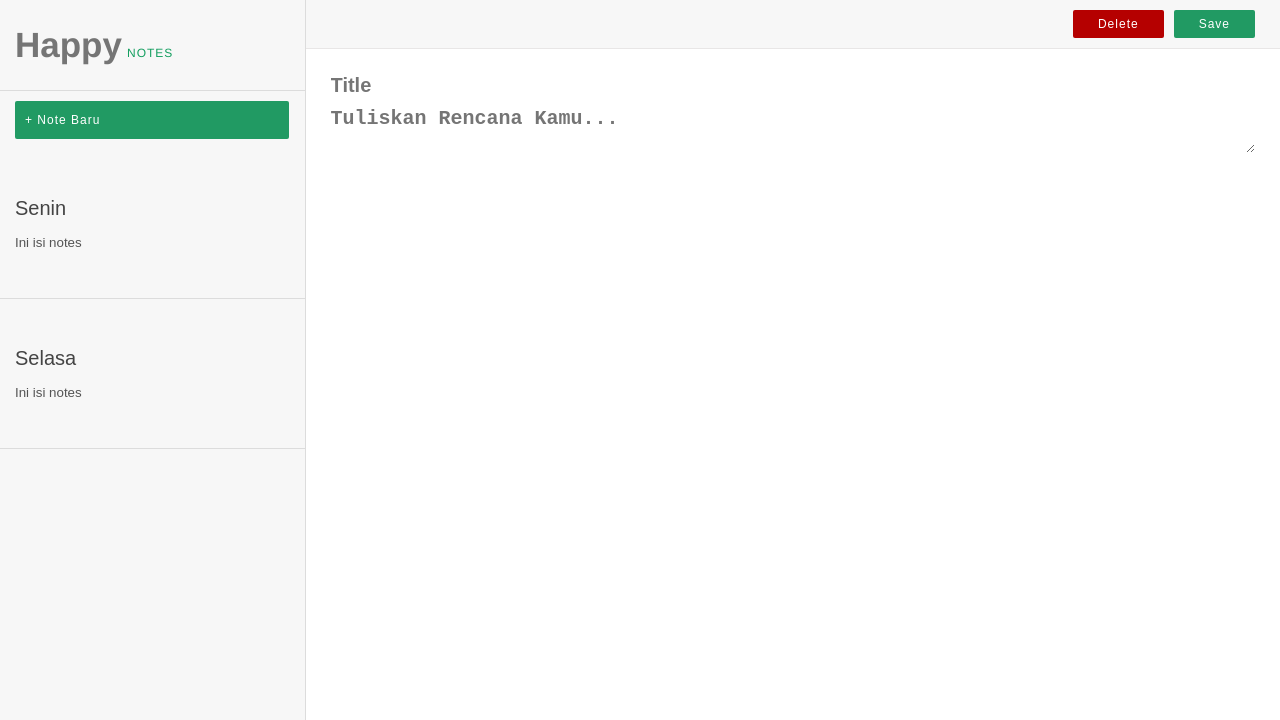
Repository: AdiPrimanto/notes-vue
Page: / (app in resources/)
These files come from the project's save history. The page is drawn as it stood at one moment and after the next save; the edit follows.
The browser window is 1280 px wide. The pictures show the whole page.
The project was rebuilt for these pictures with package versions that can differ from the ones it lists, and the page was loaded fresh each time. Also part of the build but not shown: resources/vue.config.js.

Above is the page before, as saved 2020-02-22 17:50:57.

### resources/src/App.vue
<template>
  <div id="app">
    <!-- kiri -->
    <div class="kiri">
      <div class="logo">
        <a rel="stylesheet" href="https://google.com">
          <h2>Happy</h2>
          <span>Notes</span>
        </a>
      </div>
      <div class="frame-notes">
        <button @click="newNotes" class="bg-success btn btn-new-note">
          + Note Baru
        </button>

        <ListNotes/>
      </div>
    </div>
    <!-- kanan -->
    <div class="kanan">
      <FormNotes/>
    </div>
  </div>
</template>

<script>
import ListNotes from './components/listNotes.vue'
import FormNotes from './components/formNotes.vue'

export default {
  name: 'App',
  components: {
    ListNotes,
    FormNotes
  }
}
</script>

<style>
body{
     margin:0px;
     overflow:hidden;
}
#app {
     font-family: 'Avenir', Helvetica, Arial, sans-serif;
     color: #2c3e50;
     padding:0px;

     display:flex;
     width:100%;
}

.kiri{
     width: 400px;
     background: #f7f7f7;
     color: #616161;
}
.logo{
     padding: 25px 15px;
     border-bottom: 1px solid gainsboro;
}
.logo a{
     text-decoration:none;
}
.logo a h2{
     margin: 0px;
     display: inline;
     margin-right: 5px;
     font-size: 35px;
     text-transform: capitalize;
     color: #757575;
}
.logo a span{
     font-size: 12px;
     letter-spacing: 1px;
     text-transform: uppercase;
     color:#139e5f;
}
.frame-notes{
     overflow-y: scroll;
     overflow-x: hidden;
     height: 85vh;
}
.bg-success{
     background: #219a63;
     color: white;
     outline:none;
}
.bg-success:hover{
     background:#24b774;
     color: white;
}
.bg-danger{
     background:#b50000;
     color: white;
}
.bg-danger:hover{
     background:#c50000;
}
.btn{
     border: none;
     font-size: 12px;
     text-align: center;
     letter-spacing: 1px;
     cursor: pointer;
     border-radius: 2px;
     padding: 7px 25px;
     outline:none;
}
.btn-new-note{
     width: 90%;
     padding: 12px 10px;
     margin: 10px 15px;
     text-align: left !important;
}

.kanan{
     width: 100%;
     overflow-y: scroll;
     height: 100vh;
     border-left: 1px solid gainsboro;
}

/* width */
::-webkit-scrollbar {
  width: 5px;
}

/* Track */
::-webkit-scrollbar-track {
  background: #f7f7f7;
}

/* Handle */
::-webkit-scrollbar-thumb {
  background: #888;
}

/* Handle on hover */
::-webkit-scrollbar-thumb:hover {
  background: #555;
}
</style>

### resources/src/components/listNotes.vue
<template>
    <div class="listNotes">
        <ul>
            <li v-for="(row, index) in notes" :key="index">
                <button class="btn-note">
                    <label>{{ row.title }}</label>
                    <span>{{ row.description }}</span>
                </button>
                <!-- {{ row.title }} {{ index }} -->
            </li>
        </ul>
    </div>
</template>

<script>

export default {
    name: 'listNotes',
    data: function () {
        return {
            notes : [
                { title : 'Senin' , description : 'Ini isi notes' },
                { title : 'Selasa' , description : 'Ini isi notes' }
            ]
        }
    }
}
</script>

<style>
ul {
     list-style-type: none;
     padding: 0;
     margin:0px;
}
.btn-note {
     text-align: left;
     border: none;
     border-bottom: 1px solid gainsboro;
     padding: 0px 15px;
     cursor: pointer;
     outline: none;
     background: #f7f7f7;
     height: 150px;
     width: 100%;
}
.btn-note:hover {
     background:#eaeaea;
}
.btn-note label{
     display:block;
     color: #444444;
     font-size: 1.5em;
     margin-bottom: 15px;
}
.btn-note span{
    color: #545454;
}
</style>

### resources/src/components/formNotes.vue
<template>
    <div class="formNotes">
        <div class="menu">
            <button type="button" class="bg-danger btn btn-delete">Delete</button>
            <button type="submit" class="bg-success btn">Save</button>
        </div>
        <div class="content">
            <input type="text" class="text" placeholder="Title">
            <textarea class="text texarea" placeholder="Tuliskan Rencana Kamu..."></textarea>
        </div>
    </div>
</template>

<script>
export default {
    name: 'formNotes',
    data: function () {

    }
}
</script>

<style>
.menu{
     background: #f7f7f7;
     padding:10px 25px;
     margin-bottom: 25px;
     text-align:right;
     border-bottom: 1px solid #e8e6e6;
}
.btn-delete{ margin-right:10px; }
.content{
     padding: 0px 25px;
}
.text{
     display: block;
     width: 100%;
     padding: 0px;
     font-size: 20px;
     font-weight: bold;
     color: #2c3e50;
     border: none;
     margin-bottom: 10px;
     box-sizing: border-box;
     outline: none;
}
.textarea{
     min-height: 350px;
     font-size: 15px;
     font-weight: lighter;
     line-height: 30px;
}
.loader{
     vertical-align: middle;
}
</style>

Loaded but not shown: resources/public/index.html (common file); resources/src/main.js (common file)

After the next save:
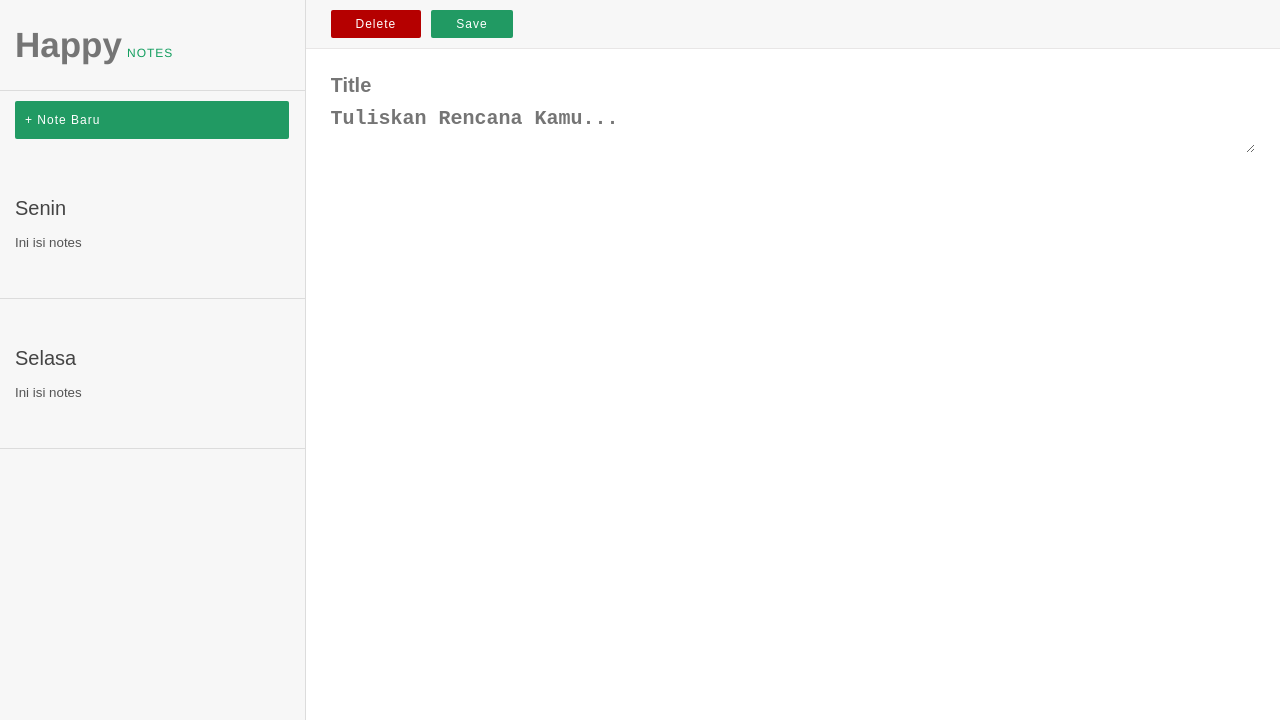
Saved 9 s later.
--- a/resources/src/components/formNotes.vue
+++ b/resources/src/components/formNotes.vue
@@ -25,7 +25,7 @@
      background: #f7f7f7;
      padding:10px 25px;
      margin-bottom: 25px;
-     text-align:right;
+     /* text-align:right; */
      border-bottom: 1px solid #e8e6e6;
 }
 .btn-delete{ margin-right:10px; }

After the save that followed:
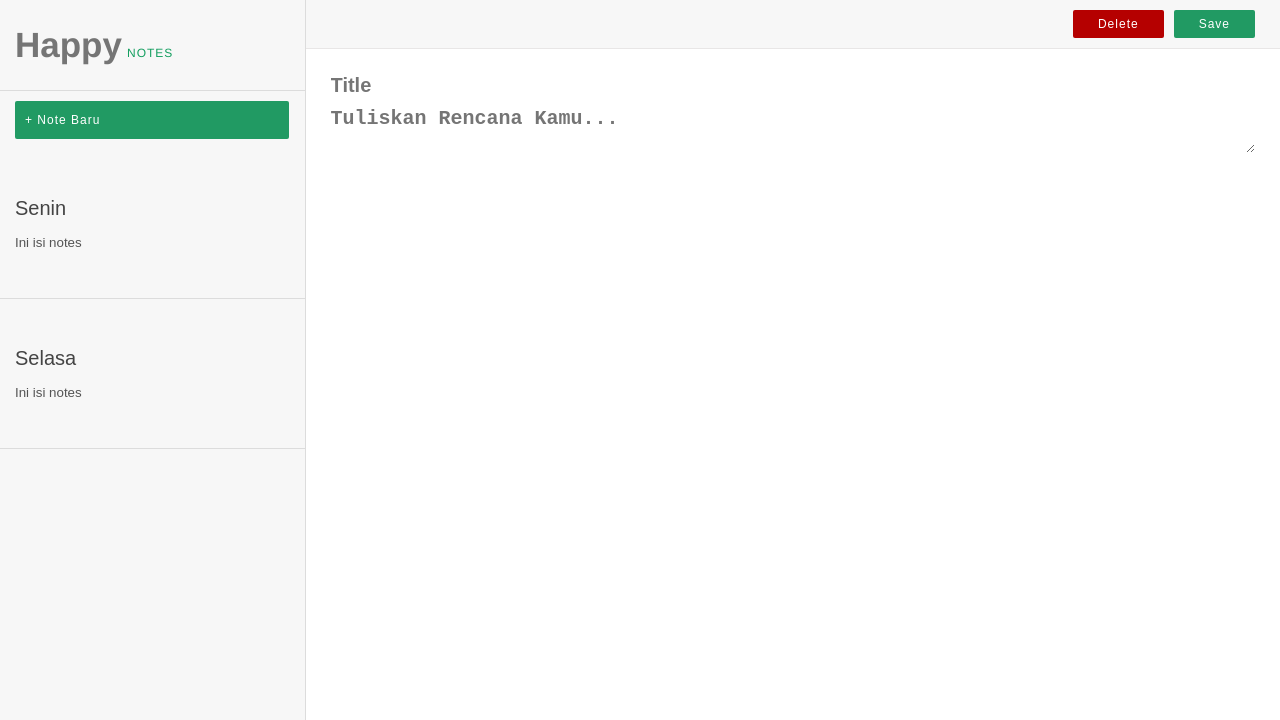
Saved 6 s later.
--- a/resources/src/components/formNotes.vue
+++ b/resources/src/components/formNotes.vue
@@ -25,7 +25,7 @@
      background: #f7f7f7;
      padding:10px 25px;
      margin-bottom: 25px;
-     /* text-align:right; */
+     text-align:right;
      border-bottom: 1px solid #e8e6e6;
 }
 .btn-delete{ margin-right:10px; }
